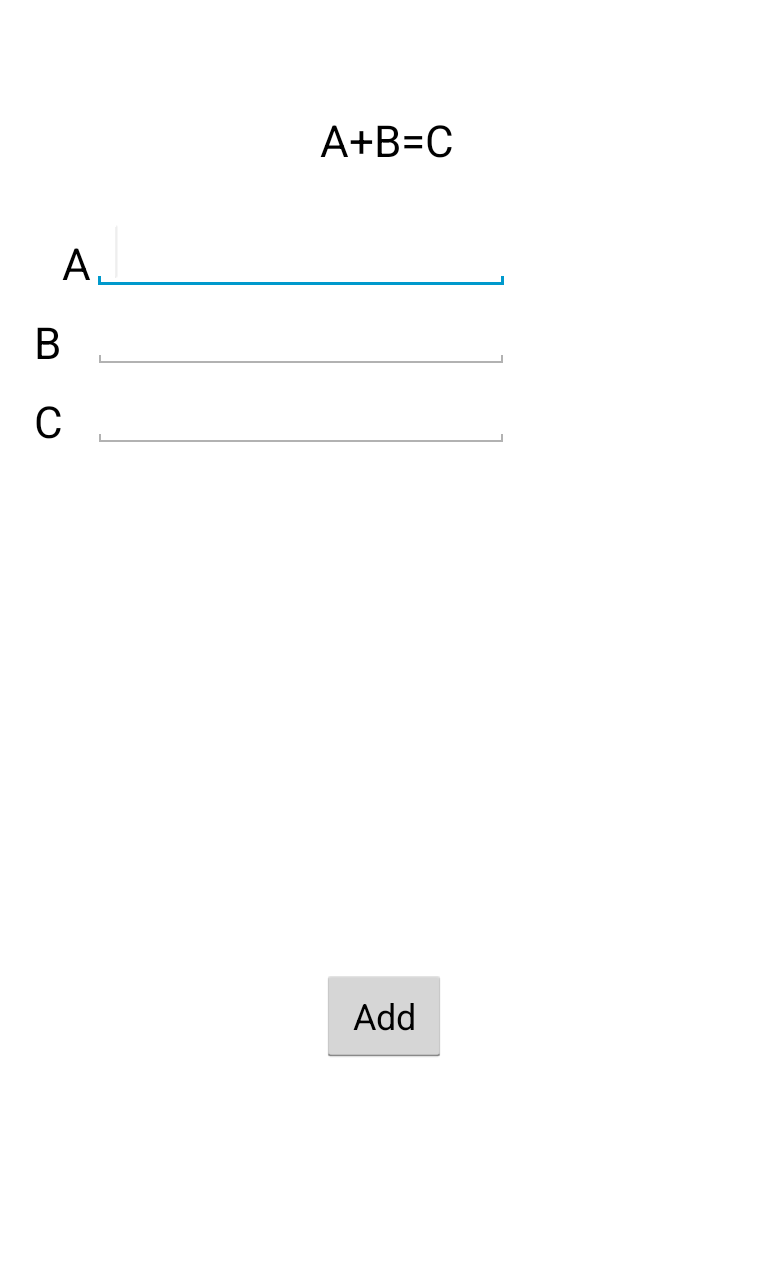
Repository: dtri123/Equation-Station
Layout: TheEquationStation/res/layout/addition_page.xml
An editor plug-in stored every save of this project. The layout is shown before and after the next save, followed by the edit.
It is drawn on a 768 x 1280 px phone screen (xhdpi) without system bars, with theme AppTheme; the app's code is not run.

Above is the layout before, as saved 2013-07-17 18:01:07.

After the next save:
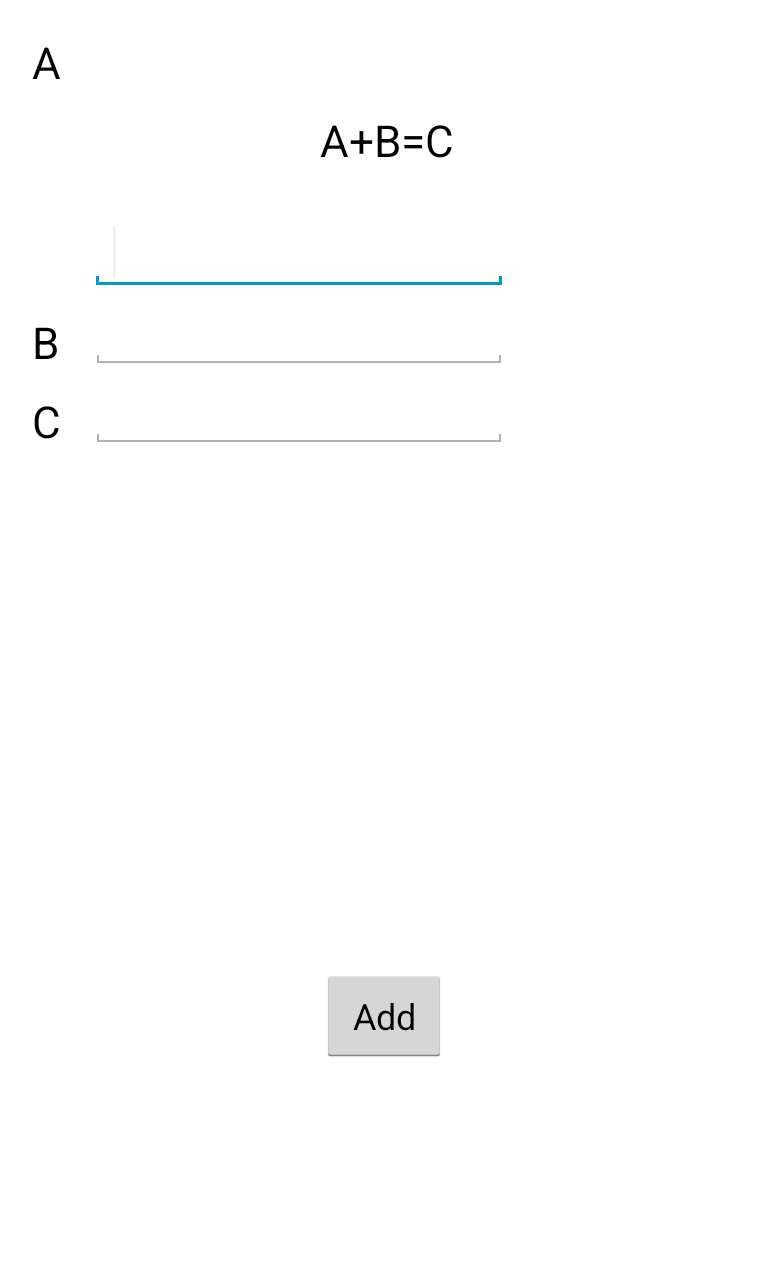
Saved 118 s later.
--- a/TheEquationStation/res/layout/addition_page.xml
+++ b/TheEquationStation/res/layout/addition_page.xml
@@ -73,9 +73,17 @@
         android:id="@+id/textView3"
         android:layout_width="wrap_content"
         android:layout_height="wrap_content"
-	    android:layout_above="@+id/editText2"
-	    android:layout_marginLeft="15dp"
+        android:layout_alignLeft="@+id/textView4"
         android:text="A"
+        android:textAppearance="?android:attr/textAppearanceLarge" />
+
+    <TextView
+        android:id="@+id/textView4"
+        android:layout_width="wrap_content"
+        android:layout_height="wrap_content"
+        android:layout_above="@+id/editText3"
+        android:layout_marginRight="15dp"
+        android:text="B"
         android:textAppearance="?android:attr/textAppearanceLarge" />
 
     <TextView
@@ -87,14 +95,4 @@
         android:text="C"
         android:textAppearance="?android:attr/textAppearanceLarge" />
 
-    <TextView
-        android:id="@+id/textView4"
-        android:layout_width="wrap_content"
-        android:layout_height="wrap_content"
-        android:layout_above="@+id/editText3"
-        android:layout_alignRight="@+id/textView3"
-        android:layout_marginRight="15dp"
-        android:text="B"
-        android:textAppearance="?android:attr/textAppearanceLarge" />
-
 </RelativeLayout>
